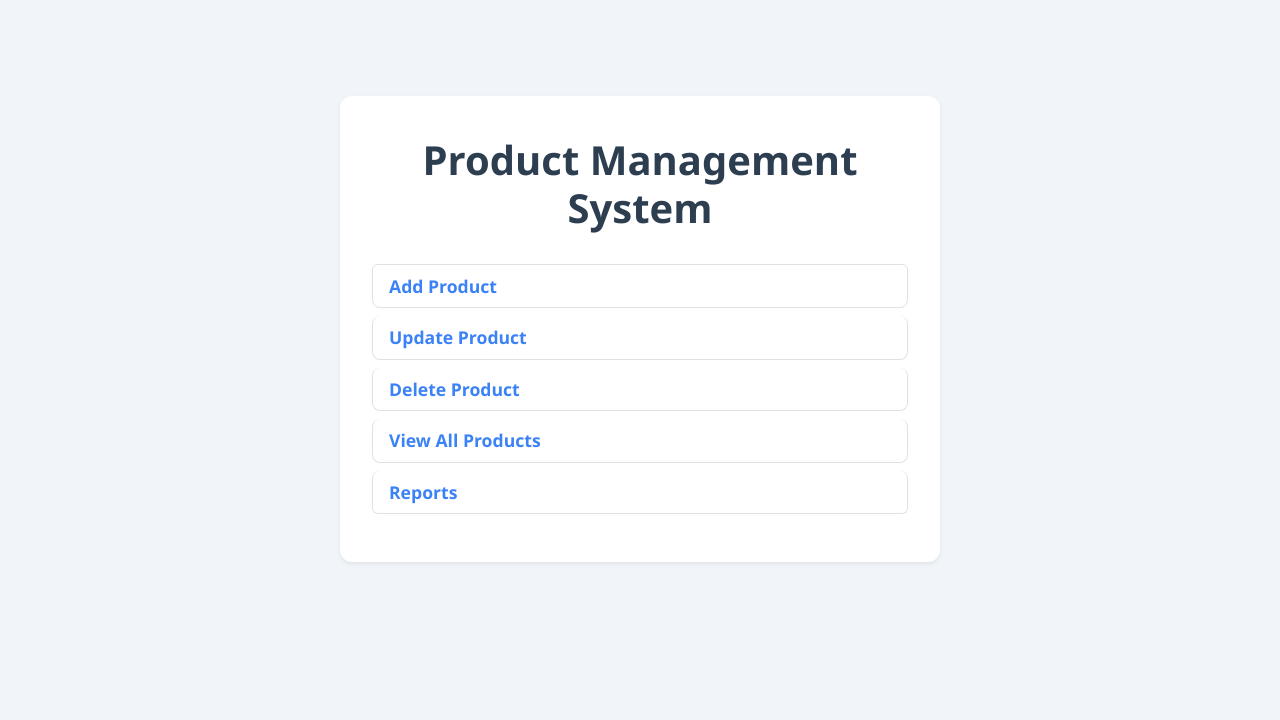
Repository: srushtinb/ProductManagementSystem
Page: http://localhost/ProductManagementSystem/
An editor plug-in stored every save of this project. The page is shown before and after the next save, followed by the edit.
The browser window is 1280 px wide. The pictures show the whole page.
Some web libraries are served in a nearby version. The page is served by Tomcat 9.

Above is the page before, as saved 2025-05-27 10:08:45.

After the next save:
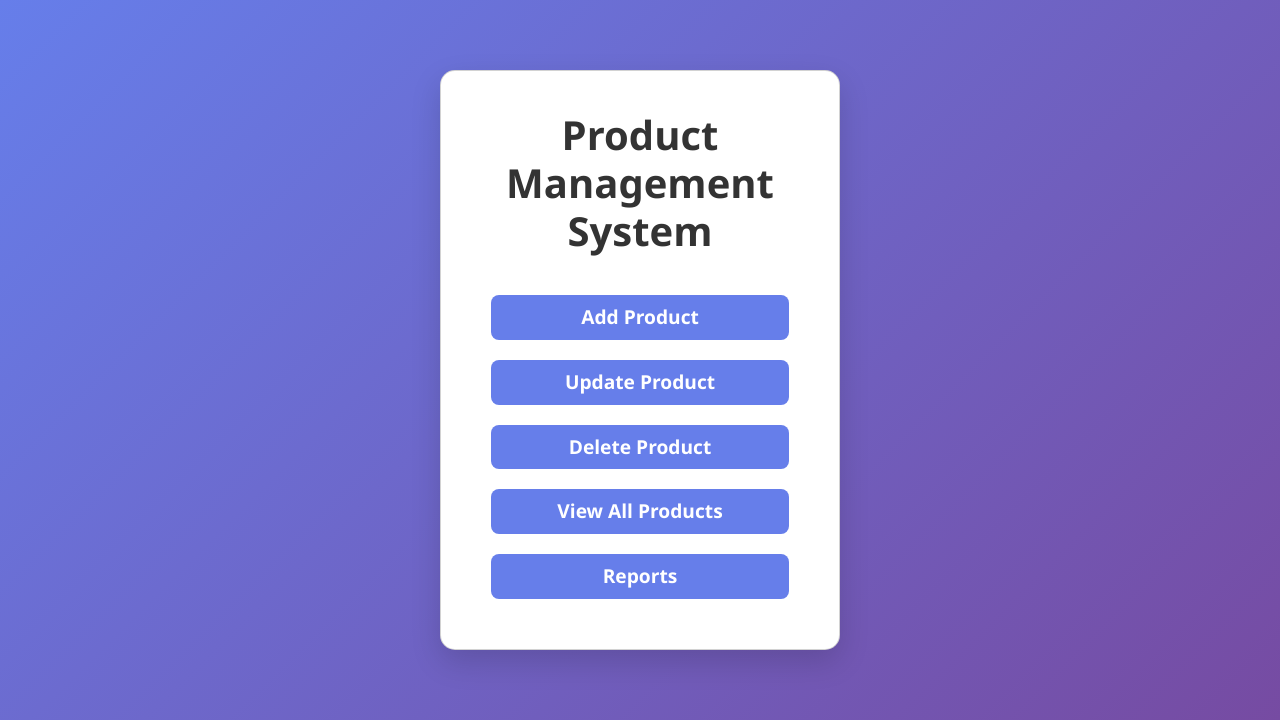
Saved 69 s later.
--- a/ProductManagementSystem/src/main/webapp/index.jsp
+++ b/ProductManagementSystem/src/main/webapp/index.jsp
@@ -2,56 +2,62 @@
 <!DOCTYPE html>
 <html lang="en">
 <head>
-    <meta charset="UTF-8" />
-    <meta name="viewport" content="width=device-width, initial-scale=1" />
-    <title>Product Management System</title>
-    <link href="https://cdn.jsdelivr.net/npm/bootstrap@5.4.3/dist/css/bootstrap.min.css" rel="stylesheet" />
-    <style>
-        body {
-            background-color: #f1f5f9;
-            font-family: 'Segoe UI', Tahoma, Geneva, Verdana, sans-serif;
-        }
-        .container {
-            max-width: 600px;
-            margin-top: 6rem;
-            background: white;
-            padding: 2.5rem 2rem;
-            border-radius: 12px;
-            box-shadow: 0 6px 20px rgb(0 0 0 / 0.1);
-        }
-        h1 {
-            font-weight: 700;
-            color: #2c3e50;
-            margin-bottom: 2rem;
-            text-align: center;
-        }
-        .list-group-item {
-            font-weight: 600;
-            font-size: 1.1rem;
-            color: #3b82f6;
-            border-radius: 8px;
-            margin-bottom: 0.5rem;
-            transition: background-color 0.2s ease;
-        }
-        .list-group-item:hover {
-            background-color: #e0f2fe;
-            color: #2563eb;
-            text-decoration: none;
-        }
-    </style>
+  <meta charset="UTF-8" />
+  <meta name="viewport" content="width=device-width, initial-scale=1" />
+  <title>Product Management System</title>
+  <link href="https://cdn.jsdelivr.net/npm/bootstrap@5.4.3/dist/css/bootstrap.min.css" rel="stylesheet" />
+  <style>
+    body {
+      background: linear-gradient(135deg, #667eea 0%, #764ba2 100%);
+      height: 100vh;
+      display: flex;
+      align-items: center;
+      justify-content: center;
+      font-family: 'Segoe UI', Tahoma, Geneva, Verdana, sans-serif;
+      margin: 0;
+    }
+    .card {
+      background: #ffffff;
+      border-radius: 15px;
+      padding: 40px 50px;
+      box-shadow: 0 12px 30px rgb(0 0 0 / 0.15);
+      max-width: 400px;
+      width: 100%;
+      text-align: center;
+    }
+    h1 {
+      font-weight: 700;
+      margin-bottom: 30px;
+      color: #333;
+    }
+    .btn-lg {
+      margin: 10px 0;
+      width: 100%;
+      font-weight: 600;
+      font-size: 1.2rem;
+      border-radius: 8px;
+      transition: all 0.3s ease;
+    }
+    .btn-primary {
+      background-color: #667eea;
+      border: none;
+    }
+    .btn-primary:hover {
+      background-color: #5563d4;
+    }
+  </style>
 </head>
 <body>
-<div class="container shadow-sm">
+
+  <div class="card">
     <h1>Product Management System</h1>
-    <div class="list-group">
-        <a href="productadd.jsp" class="list-group-item list-group-item-action">Add Product</a>
-        <a href="productupdate.jsp" class="list-group-item list-group-item-action">Update Product</a>
-        <a href="productdelete.jsp" class="list-group-item list-group-item-action">Delete Product</a>
-        <a href="DisplayProductsServlet" class="list-group-item list-group-item-action">View All Products</a>
-        <a href="reports.jsp" class="list-group-item list-group-item-action">Reports</a>
-    </div>
-</div>
+    <a href="productadd.jsp" class="btn btn-primary btn-lg">Add Product</a>
+    <a href="productupdate.jsp" class="btn btn-primary btn-lg">Update Product</a>
+    <a href="productdelete.jsp" class="btn btn-primary btn-lg">Delete Product</a>
+    <a href="DisplayProductsServlet" class="btn btn-primary btn-lg">View All Products</a>
+    <a href="reports.jsp" class="btn btn-primary btn-lg">Reports</a>
+  </div>
 
-<script src="https://cdn.jsdelivr.net/npm/bootstrap@5.4.3/dist/js/bootstrap.bundle.min.js"></script>
+  <script src="https://cdn.jsdelivr.net/npm/bootstrap@5.4.3/dist/js/bootstrap.bundle.min.js"></script>
 </body>
 </html>
